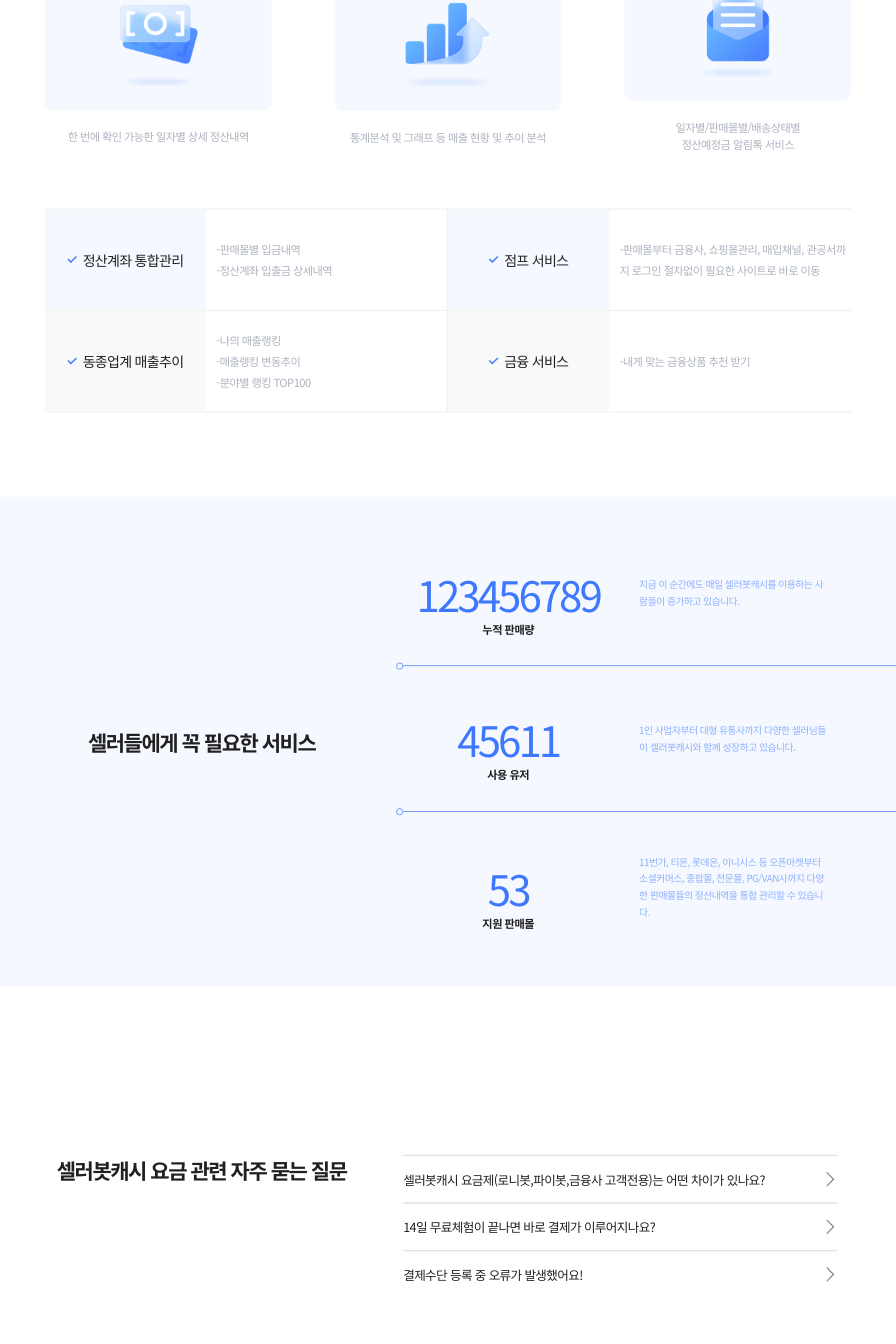
Repository: elemapfelr/ownServer
Page: test-server/web/sellerbot_signup/step_01.html
An editor plug-in stored every save of this project. The page is shown before and after the next save, followed by the edit.
The browser window is 1280 px wide. The pictures show the part of the page from y = 1421 to 3341 px (the page is 3676 px tall), at 70% of full size.
Some web libraries are served in a nearby version. The style sheet was rebuilt from its Sass, Less or Tailwind sources for each picture, by a compiler version that may differ from the author's.

Above is the page before, as saved 2023-03-20 14:31:59.

After the next save:
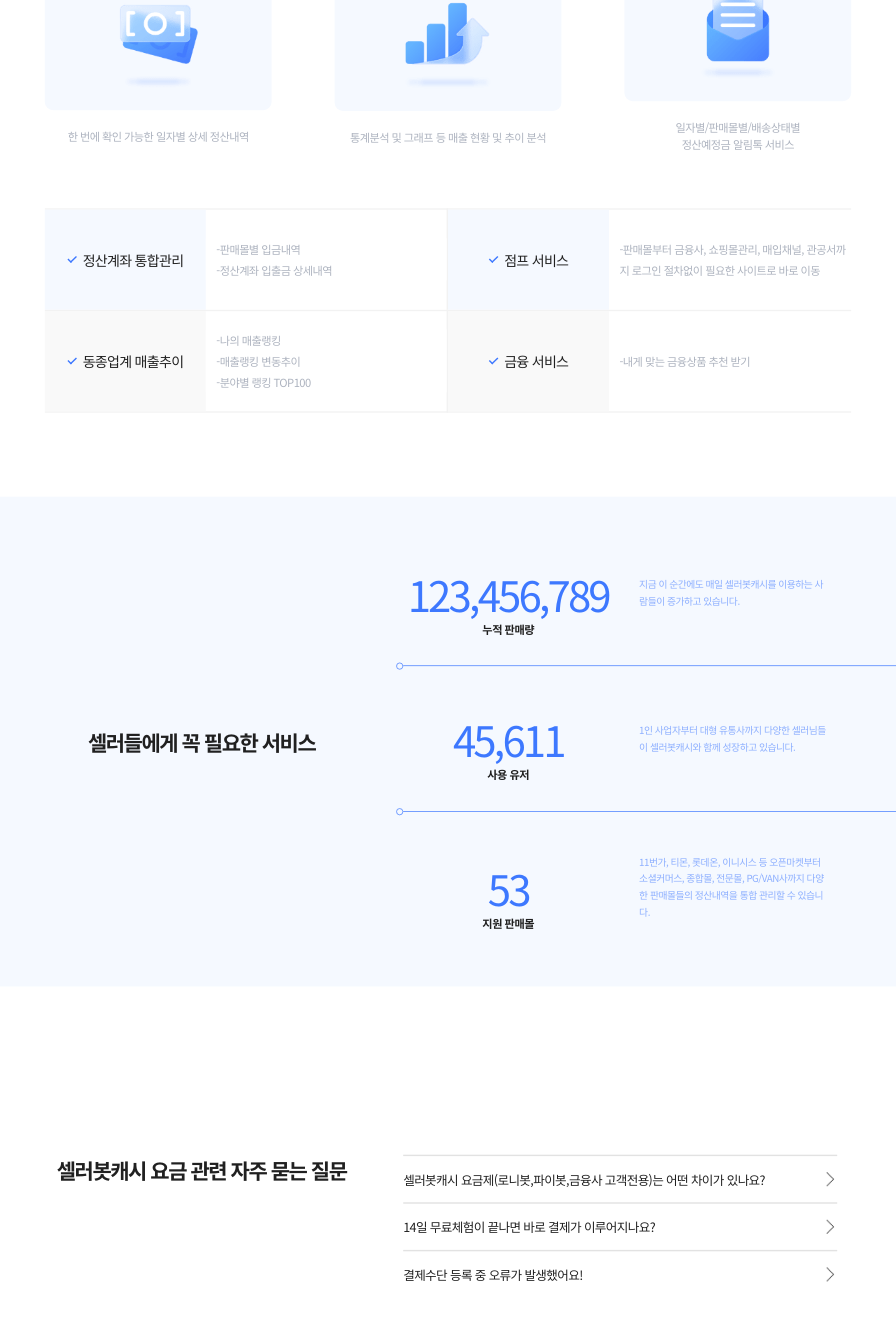
Saved 7 s later.
--- a/test-server/web/sellerbot_signup/js/step_01.js
+++ b/test-server/web/sellerbot_signup/js/step_01.js
@@ -82,7 +82,7 @@
 	let now = max;
 
 	const handle = setInterval(() => {
-		$counter.innerHTML = Math.ceil(max - now).toString();
+		$counter.innerHTML = numberWithCommas(Math.ceil(max - now).toString());
 
 		// 목표수치에 도달하면 정지
 		if (now < 1) {
